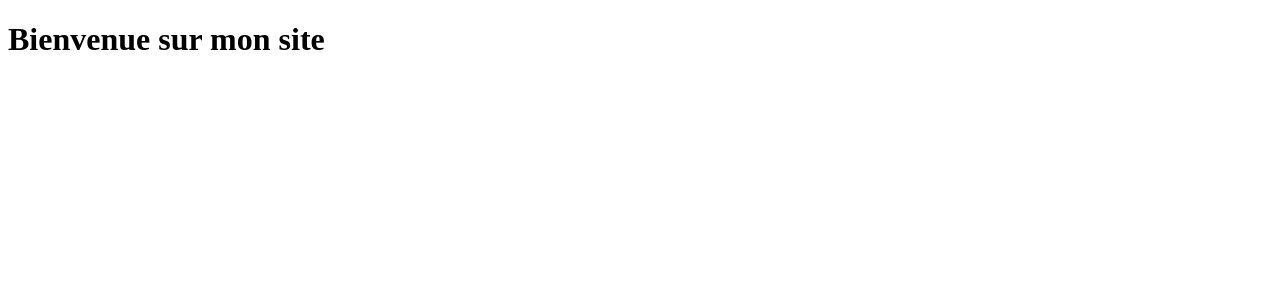
Repository: Alex-Serky/Back_End_PHP
Page: http://localhost/Apprendre le PHP/4Blog/public/blog/index.php
An editor plug-in stored every save of this project. The page is shown before and after the next save, followed by the edit.
The browser window is 1280 px wide. The pictures show the whole page.
The page is run by PHP 8.4 with error messages shown; the project is at /var/www/html/.

Above is the page before, as saved 2020-08-03 23:36:56.

After the next save:
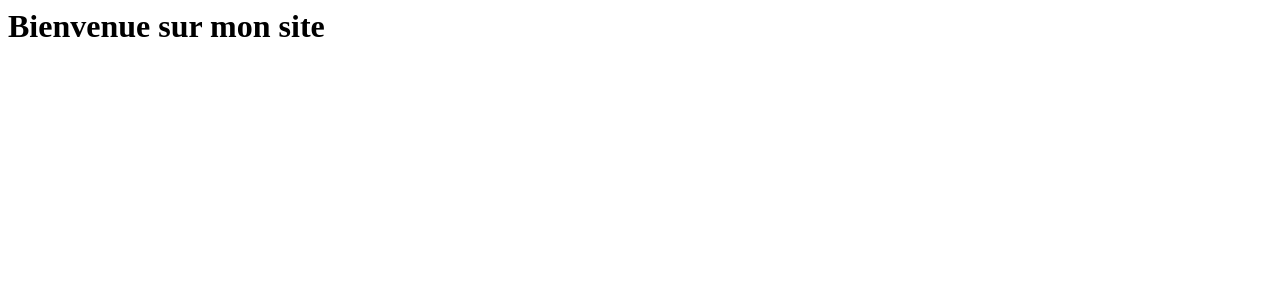
Saved 48 s later.
--- a/Apprendre le PHP/4Blog/public/blog/index.php
+++ b/Apprendre le PHP/4Blog/public/blog/index.php
@@ -1,12 +1,2 @@
-<?php
-
-require '../../vendor/autoload.php';
-require '../../elements/header.php';
-
-?>
 
 <h1>Bienvenue sur mon site</h1>
-
-
-
-<?php require '../../elements/footer.php'; ?>
